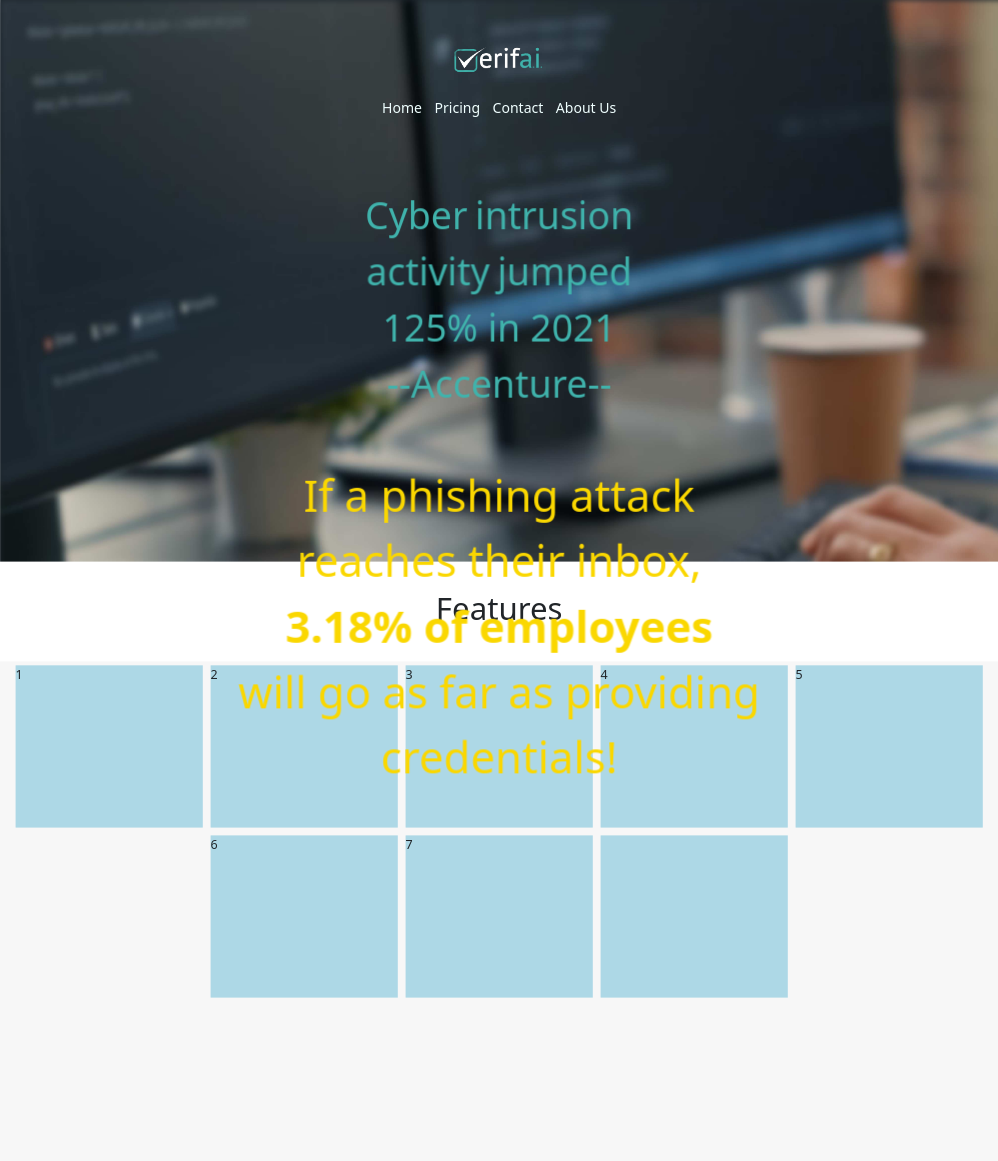
Repository: Ali-VB/verif-website
Page: /
These files come from the project's save history. The page is drawn as it stood at one moment and after a run of saves; the edit follows.
The browser window is 1280 px wide. The pictures show the whole page, at 78% of full size.
The project was rebuilt for these pictures with package versions that can differ from the ones it lists, and the page was loaded fresh each time.

Above is the page before, as saved 2022-04-19 10:56:09.

After the next 4 saves:
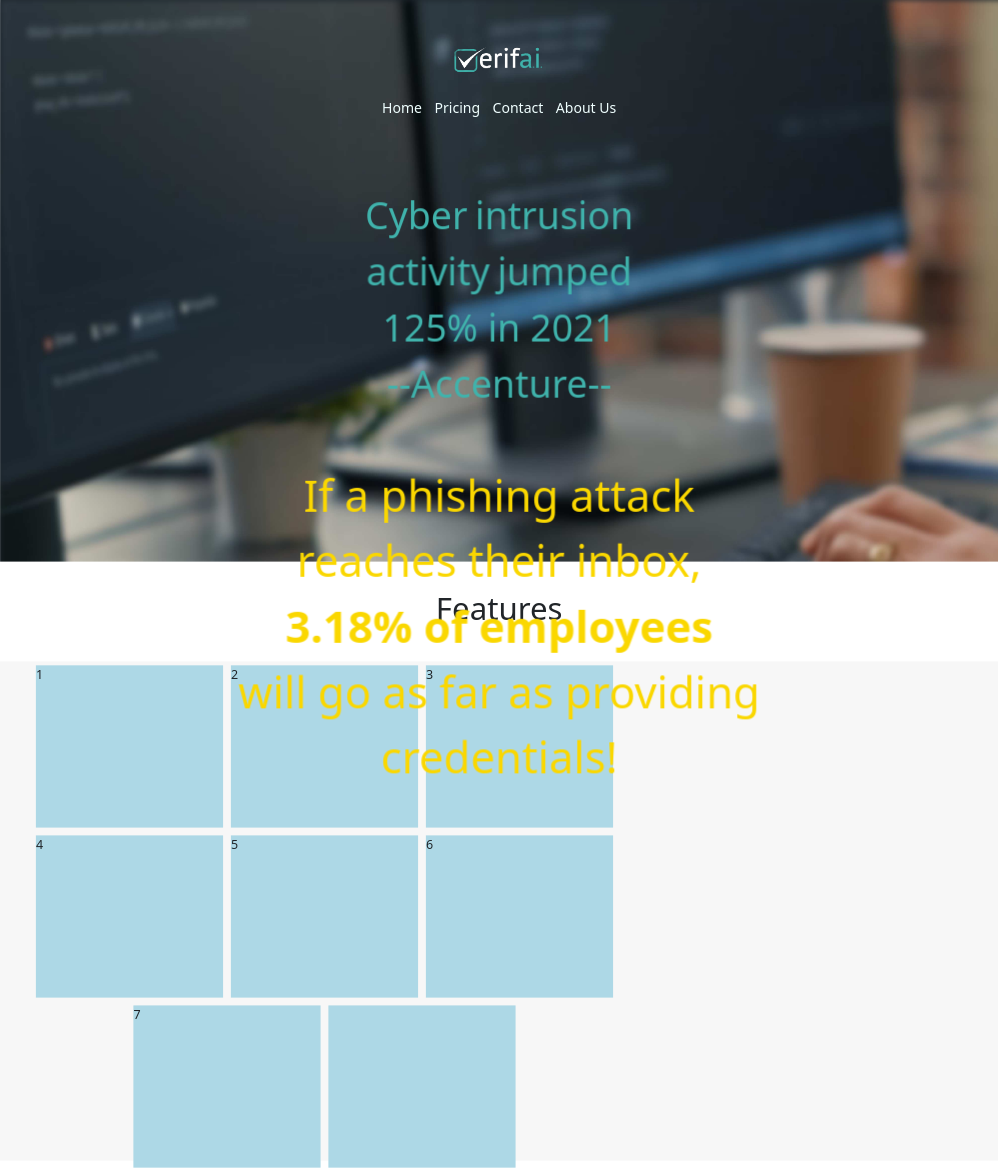
The 4 saves are shown as one change because they came seconds apart.
The last was saved 16 s later.
--- a/src/components/Features/Features.css
+++ b/src/components/Features/Features.css
@@ -17,8 +17,8 @@
     justify-content: center;
     align-items: center;
     align-content: center;
-    /* width: 65%;
-    height: 80vh; */
+    width: 65%;
+    /* height: 80vh; */
     overflow: auto;
     flex-direction: row;
 }
